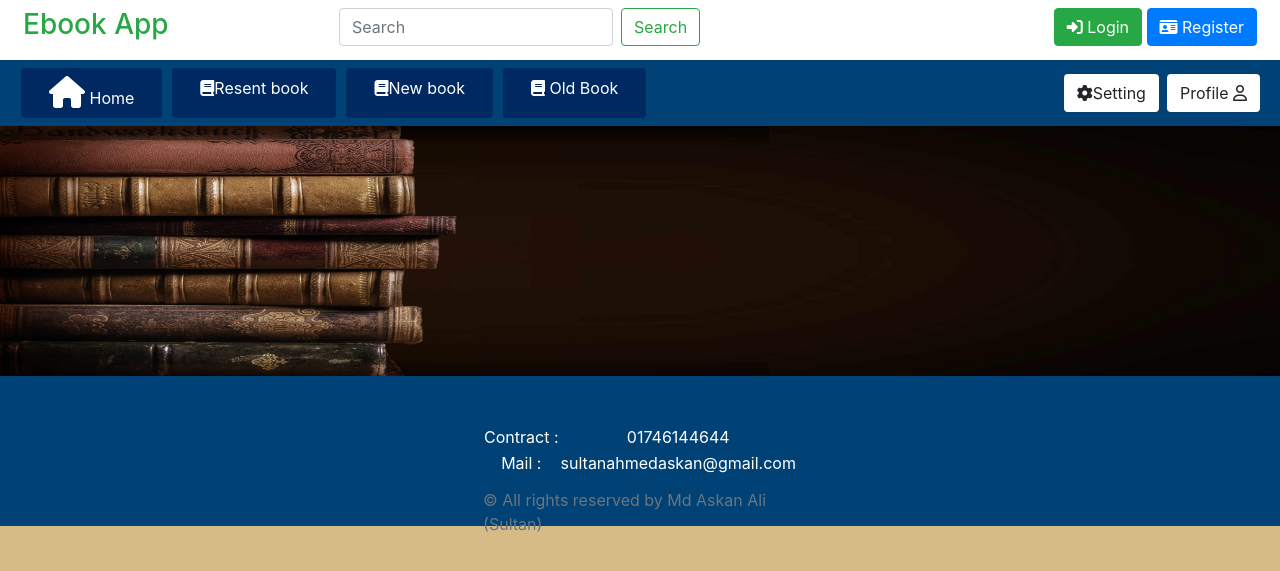
Repository: sultanaskan/EbookApp
Page: http://localhost/ebook/profile.jsp
The author's editor kept a copy of each file at every save. The page is drawn from the files as they stood at one save, then again after the next save.
The browser window is 1280 px wide. The pictures show the whole page.
The page is served by Tomcat 9.

Above is the page before, as saved 2024-05-06 07:48:13.

After the next save:
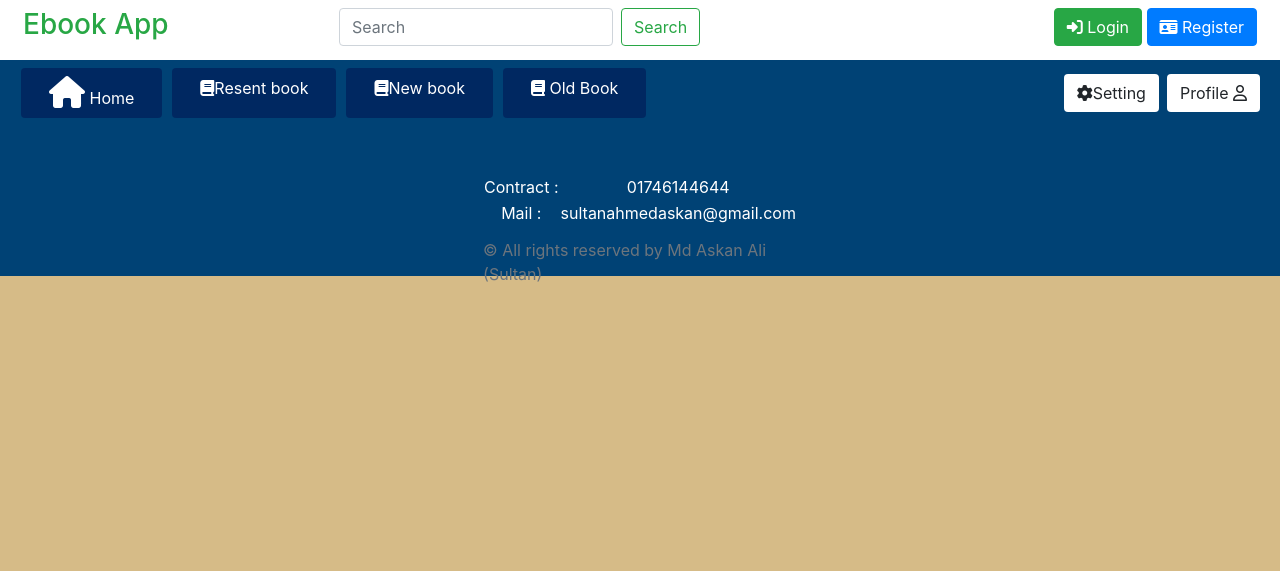
Saved 22 s later.
--- a/ebook/src/main/webapp/profile.jsp
+++ b/ebook/src/main/webapp/profile.jsp
@@ -19,8 +19,6 @@
 </head>
 <body>
 	<%@include file="components/navbar.jsp"%>
-	<img style="height: 250px; width: 100%" alt="benner"
-		src="components/img/ben.png">
 
 
 
